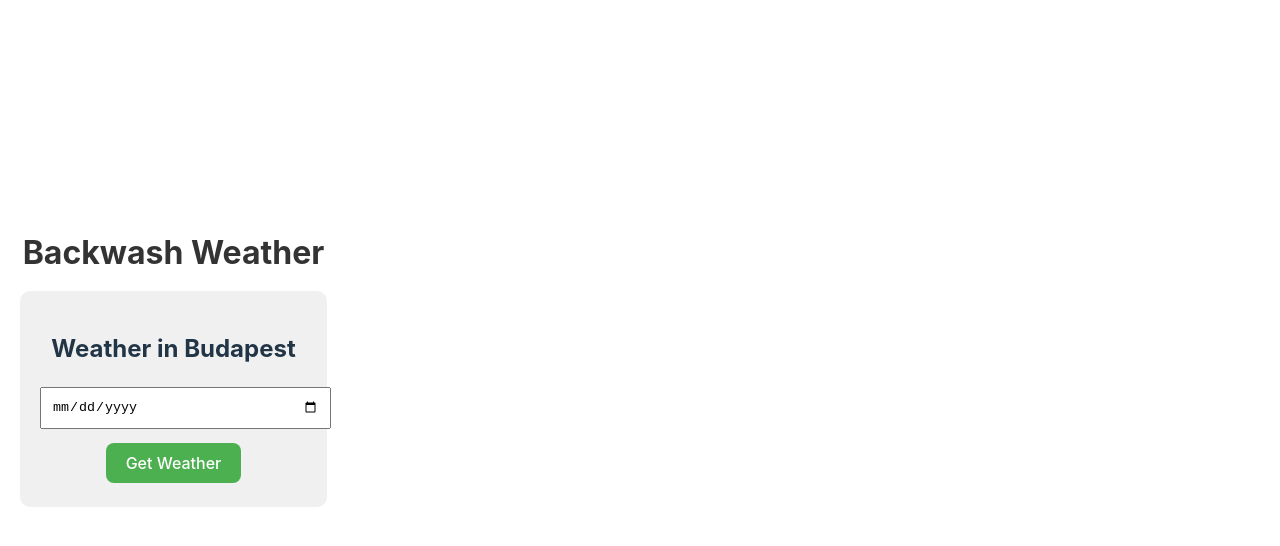
Repository: lukebelliveau/backwash
Page: /
These files come from the project's save history. The page is drawn as it stood at one moment and after a run of saves; the edit follows.
The browser window is 1280 px wide. The pictures show the whole page.
The page's requests for data from a server got no answer. The project was rebuilt for these pictures with package versions that can differ from the ones it lists, and the page was loaded fresh each time. No one was signed in, and anything a server would have sent is missing. Also part of the build but not shown: vite.config.ts.

Above is the page before, as saved 2024-07-27 15:39:06.

### index.html
<!DOCTYPE html>
<html lang="en">
  <head>
    <meta charset="UTF-8" />
    <link rel="icon" type="image/svg+xml" href="/vite.svg" />
    <meta name="viewport" content="width=device-width, initial-scale=1.0" />
    <title>Backwash</title>
  </head>
  <body>
    <div id="root"></div>
    <script type="module" src="/src/main.tsx"></script>
  </body>
</html>

### src/App.tsx
import styled from "styled-components";
import WeatherWidget from "./components/WeatherWidget";

const AppContainer = styled.div`
  text-align: center;
  padding: 20px;
`;

const Title = styled.h1`
  color: #333;
  font-size: 2em;
`;

function App() {
  return (
    <AppContainer>
      <Title>Backwash Weather</Title>
      <WeatherWidget />
    </AppContainer>
  );
}

export default App;

### src/components/WeatherWidget.tsx
import React, { useState } from "react";
import styled from "styled-components";
import axios from "axios";

const WidgetContainer = styled.div`
  background-color: #f0f0f0;
  border-radius: 10px;
  padding: 20px;
  max-width: 300px;
  margin: 0 auto;
`;

const Input = styled.input`
  width: 100%;
  padding: 10px;
  margin-bottom: 10px;
`;

const Button = styled.button`
  background-color: #4caf50;
  border: none;
  color: white;
  padding: 10px 20px;
  text-align: center;
  text-decoration: none;
  display: inline-block;
  font-size: 16px;
  margin: 4px 2px;
  cursor: pointer;
`;

const WeatherInfo = styled.div`
  margin-top: 20px;
`;

const API_KEY = "fe834ece9c3da2d7f6ff7c59b4f47d10";
const CITY = "Budapest";

interface WeatherData {
  dt: number;
  temp: number;
  humidity: number;
  weather: { description: string }[];
}

const WeatherWidget: React.FC = () => {
  const [date, setDate] = useState("");
  const [weatherData, setWeatherData] = useState<WeatherData | null>(null);

  const fetchWeather = async () => {
    try {
      const timestamp = Math.floor(new Date(date).getTime() / 1000);
      const response = await axios.get(
        `https://api.openweathermap.org/data/2.5/onecall/timemachine?lat=51.5074&lon=-0.1278&dt=${timestamp}&appid=${API_KEY}&units=metric`
      );
      setWeatherData(response.data.current);
    } catch (error) {
      console.error("Error fetching weather data:", error);
      alert("Error fetching weather data. Please try again.");
    }
  };

  return (
    <WidgetContainer>
      <h2>Weather in {CITY}</h2>
      <Input
        type="date"
        value={date}
        onChange={(e) => setDate(e.target.value)}
        max={new Date().toISOString().split("T")[0]}
      />
      <Button onClick={fetchWeather}>Get Weather</Button>
      {weatherData && (
        <WeatherInfo>
          <p>Date: {new Date(weatherData.dt * 1000).toLocaleDateString()}</p>
          <p>Temperature: {weatherData.temp}°C</p>
          <p>Humidity: {weatherData.humidity}%</p>
          <p>Conditions: {weatherData.weather[0].description}</p>
        </WeatherInfo>
      )}
    </WidgetContainer>
  );
};

export default WeatherWidget;

Loaded but not shown: src/main.tsx (common file); src/index.css (common file)

After the next 2 saves:
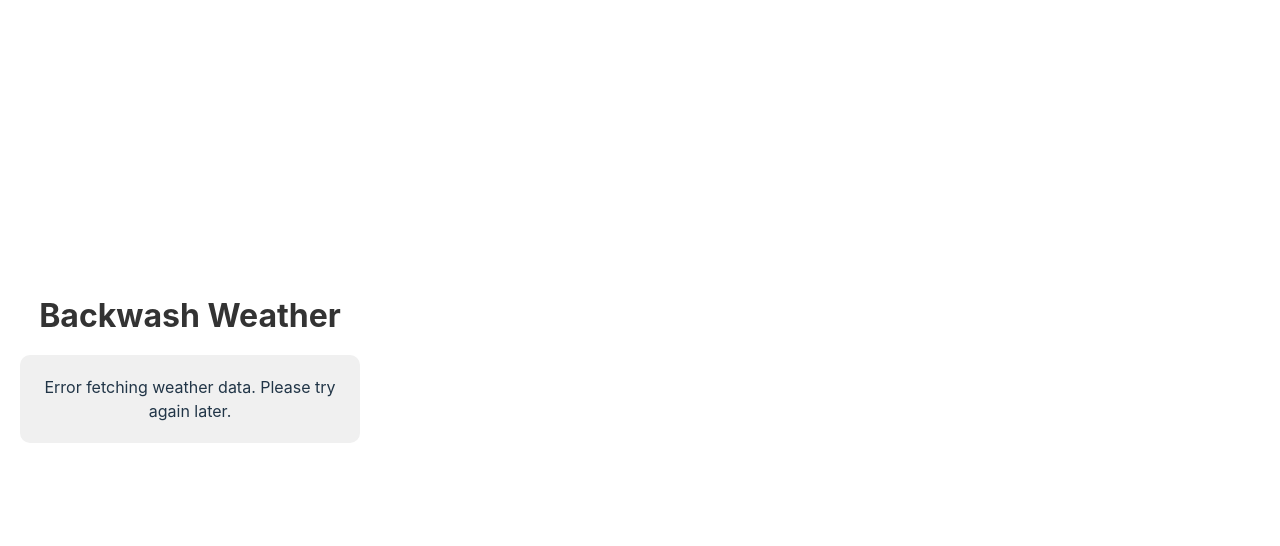
The 2 saves are shown as one change because 1 did not build or start.
The last was saved 46 s later.
--- a/src/components/WeatherWidget.tsx
+++ b/src/components/WeatherWidget.tsx
@@ -1,4 +1,4 @@
-import React, { useState } from "react";
+import React, { useState, useEffect } from "react";
 import styled from "styled-components";
 import axios from "axios";
 
@@ -10,31 +10,14 @@ const WidgetContainer = styled.div`
   margin: 0 auto;
 `;
 
-const Input = styled.input`
-  width: 100%;
-  padding: 10px;
-  margin-bottom: 10px;
-`;
-
-const Button = styled.button`
-  background-color: #4caf50;
-  border: none;
-  color: white;
-  padding: 10px 20px;
-  text-align: center;
-  text-decoration: none;
-  display: inline-block;
-  font-size: 16px;
-  margin: 4px 2px;
-  cursor: pointer;
-`;
-
 const WeatherInfo = styled.div`
   margin-top: 20px;
 `;
 
-const API_KEY = "fe834ece9c3da2d7f6ff7c59b4f47d10";
-const CITY = "Budapest";
+const API_KEY = "YOUR_API_KEY_HERE"; // Replace with your OpenWeatherMap API key
+const CITY = "London"; // Replace with your desired city
+const LAT = 51.5074;
+const LON = -0.1278;
 
 interface WeatherData {
   dt: number;
@@ -44,32 +27,43 @@ interface WeatherData {
 }
 
 const WeatherWidget: React.FC = () => {
-  const [date, setDate] = useState("");
   const [weatherData, setWeatherData] = useState<WeatherData | null>(null);
+  const [loading, setLoading] = useState(true);
+  const [error, setError] = useState<string | null>(null);
 
-  const fetchWeather = async () => {
-    try {
-      const timestamp = Math.floor(new Date(date).getTime() / 1000);
-      const response = await axios.get(
-        `https://api.openweathermap.org/data/2.5/onecall/timemachine?lat=51.5074&lon=-0.1278&dt=${timestamp}&appid=${API_KEY}&units=metric`
-      );
-      setWeatherData(response.data.current);
-    } catch (error) {
-      console.error("Error fetching weather data:", error);
-      alert("Error fetching weather data. Please try again.");
-    }
-  };
+  useEffect(() => {
+    const fetchWeather = async () => {
+      try {
+        const yesterday = new Date();
+        yesterday.setDate(yesterday.getDate() - 1);
+        const timestamp = Math.floor(yesterday.getTime() / 1000);
+
+        const response = await axios.get(
+          `https://api.openweathermap.org/data/2.5/onecall/timemachine?lat=${LAT}&lon=${LON}&dt=${timestamp}&appid=${API_KEY}&units=metric`
+        );
+        setWeatherData(response.data.current);
+        setLoading(false);
+      } catch (error) {
+        console.error("Error fetching weather data:", error);
+        setError("Error fetching weather data. Please try again later.");
+        setLoading(false);
+      }
+    };
+
+    fetchWeather();
+  }, []);
+
+  if (loading) {
+    return <WidgetContainer>Loading...</WidgetContainer>;
+  }
+
+  if (error) {
+    return <WidgetContainer>{error}</WidgetContainer>;
+  }
 
   return (
     <WidgetContainer>
-      <h2>Weather in {CITY}</h2>
-      <Input
-        type="date"
-        value={date}
-        onChange={(e) => setDate(e.target.value)}
-        max={new Date().toISOString().split("T")[0]}
-      />
-      <Button onClick={fetchWeather}>Get Weather</Button>
+      <h2>Yesterday's Weather in {CITY}</h2>
       {weatherData && (
         <WeatherInfo>
           <p>Date: {new Date(weatherData.dt * 1000).toLocaleDateString()}</p>
